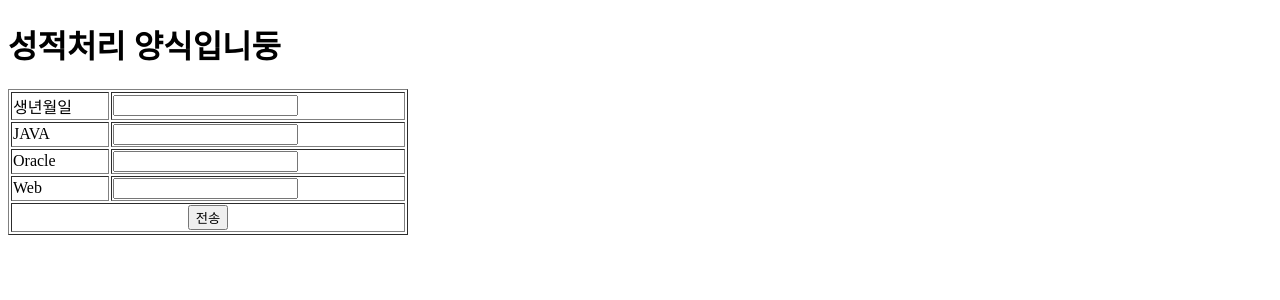
Repository: SouthSea0613/401_Unauthorized_java
Page: http://localhost/grade/
The author's editor kept a copy of each file at every save. The page is drawn from the files as they stood at one save, then again after the next save.
The browser window is 1280 px wide. The pictures show the whole page.
The page is served by Tomcat 9. Other server files are loaded and not shown.

Above is the page before, as saved 2024-12-03 04:57:19.

### grade/grade/src/main/webapp/index.jsp
<%@ page language="java" contentType="text/html; charset=UTF-8"
	pageEncoding="UTF-8"%>
<!DOCTYPE html>
<html>
<head>
<meta charset="UTF-8">
<title>Insert title here</title>
</head>
<body>
	<h1>성적처리 양식입니둥</h1>
	<form action="./score" method="post">
		<table border="1" width="400">
			<tr>
				<td>생년월일</td>
				<td><input type="text" name="birth" size="20"></td>
			</tr>
			<tr>
				<td>JAVA</td>
				<td><input type="text" name="java" size="20"></td>
			</tr>
			<tr>
				<td>Oracle</td>
				<td><input type="text" name="oracle" size="20"></td>
			</tr>
			<tr>
				<td>Web</td>
				<td><input type="text" name="web" size="20"></td>
			</tr>
			<tr align="center">
				<td colspan="2"><button>전송</button></td>
			</tr>

		</table>
	</form>
</body>
</html>

After the next save:
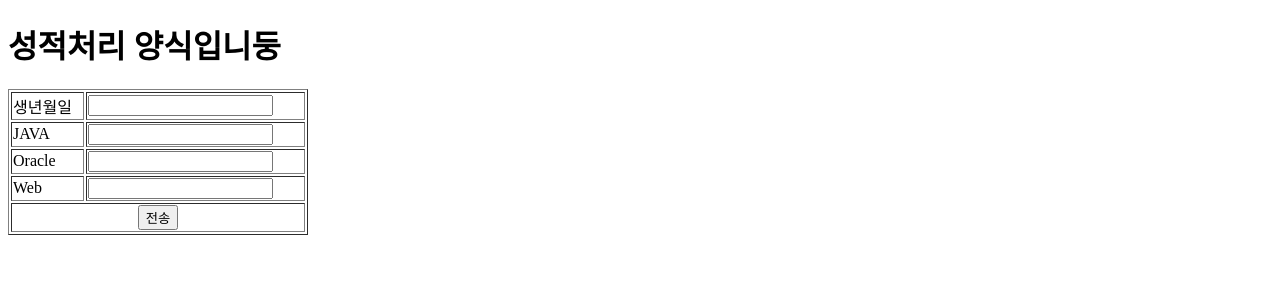
Saved 17 s later.
--- a/grade/grade/src/main/webapp/index.jsp
+++ b/grade/grade/src/main/webapp/index.jsp
@@ -9,7 +9,7 @@
 <body>
 	<h1>성적처리 양식입니둥</h1>
 	<form action="./score" method="post">
-		<table border="1" width="400">
+		<table border="1" width="300">
 			<tr>
 				<td>생년월일</td>
 				<td><input type="text" name="birth" size="20"></td>
